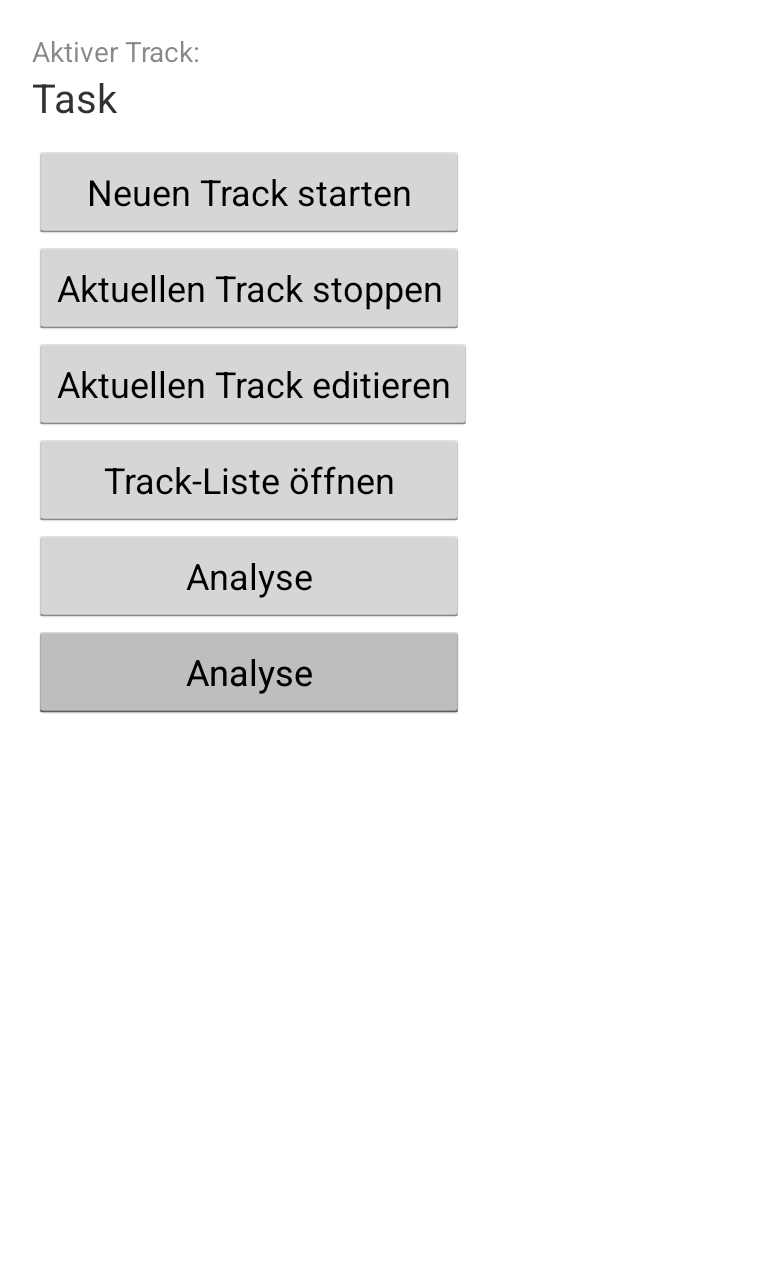
Repository: floriandrs/ttracker
Layout: TTracker/res/layout/activity_main.xml
An editor plug-in stored every save of this project. The layout is shown before and after the next save, followed by the edit.
It is drawn on a 768 x 1280 px phone screen (xhdpi) without system bars, with theme AppTheme; the app's code is not run.

Above is the layout before, as saved 2015-02-23 19:36:22.

After the next save:
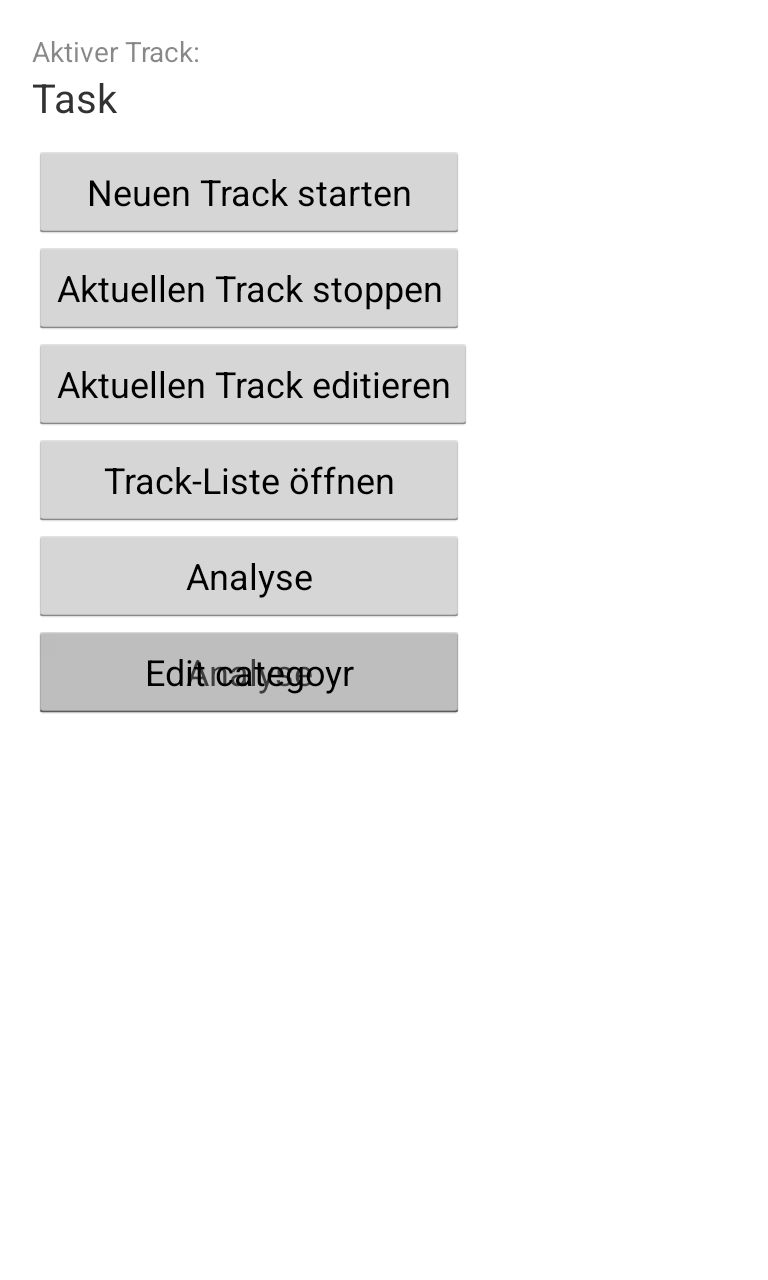
Saved 19 s later.
--- a/TTracker/res/layout/activity_main.xml
+++ b/TTracker/res/layout/activity_main.xml
@@ -89,7 +89,7 @@
         android:layout_alignLeft="@+id/current_track_value"
         android:layout_alignRight="@+id/main_open_view_all"
         android:layout_below="@+id/open_activity_stats"
-        android:onClick="onOpenActivityViewAllCategories"
-        android:text="@string/open_activity_stats" />
+        android:onClick="onOpenActivityEditCategory"
+        android:text="Edit categoyr" />
 
 </RelativeLayout>
